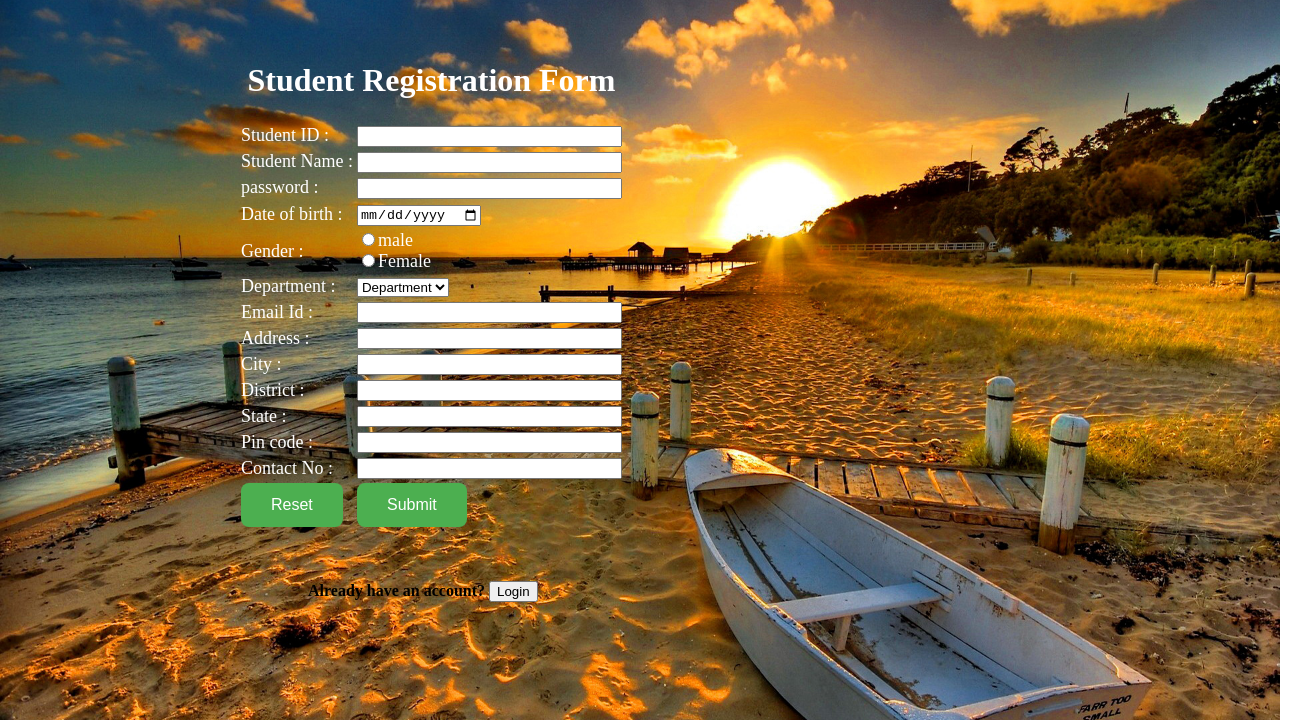
Repository: srikanthModugu/jdbc-servlet-jsp
Page: SutudentRegistration/WebContent/Registration.html
These files come from the project's save history. The page is drawn as it stood at one moment and after the next save; the edit follows.
The browser window is 1280 px wide. The page is 1308 px wide, so the pictures cover 1308 px, including what lies to the right of the window. The pictures show the whole page.

Above is the page before, as saved 2017-10-02 14:54:43.
Console error: SyntaxError: Unexpected end of input

After the next save:
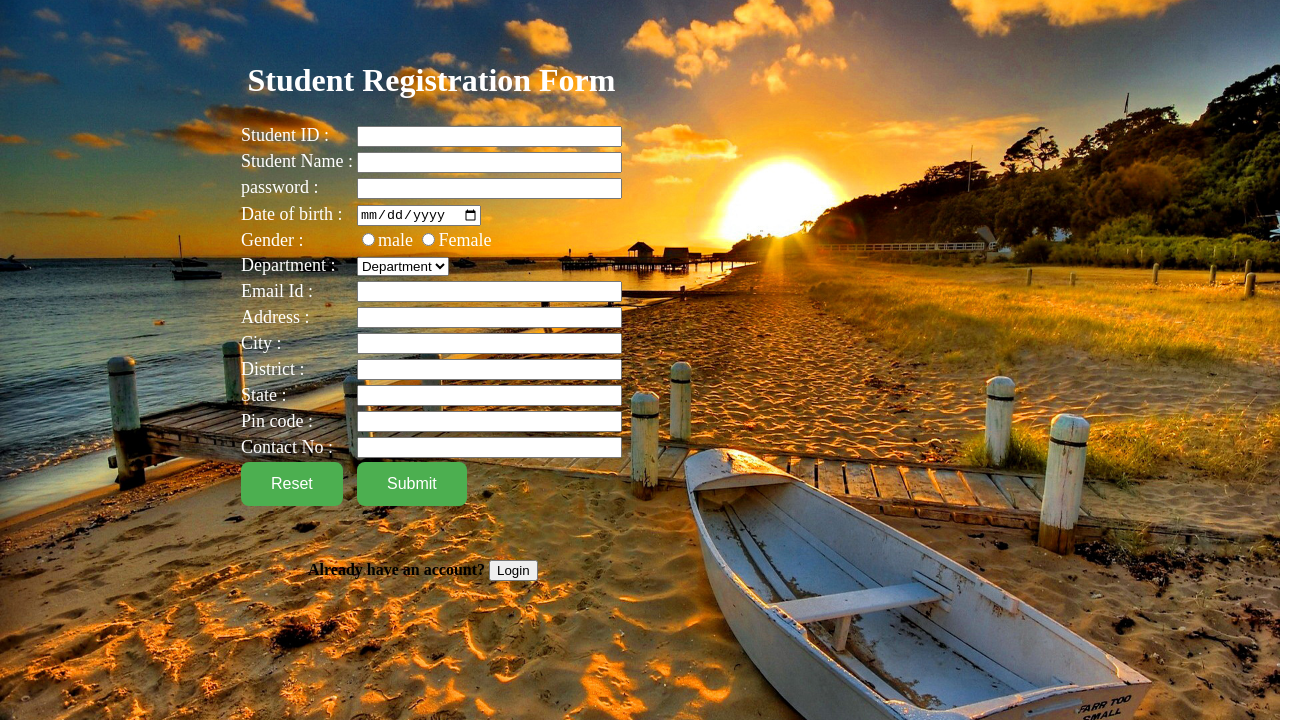
Saved 14 h 9 min later.
--- a/SutudentRegistration/WebContent/Registration.html
+++ b/SutudentRegistration/WebContent/Registration.html
@@ -110,7 +110,7 @@ function validateform(){
 
 						<tr>
 							<td>Gender :</td>
-							<td><input type='radio' name='gender' value='male'>male<br>
+							<td><input type='radio' name='gender' value='male'>male
 								<input type='radio' name='gender' value='female'>Female<br></td>
 						</tr>
 
